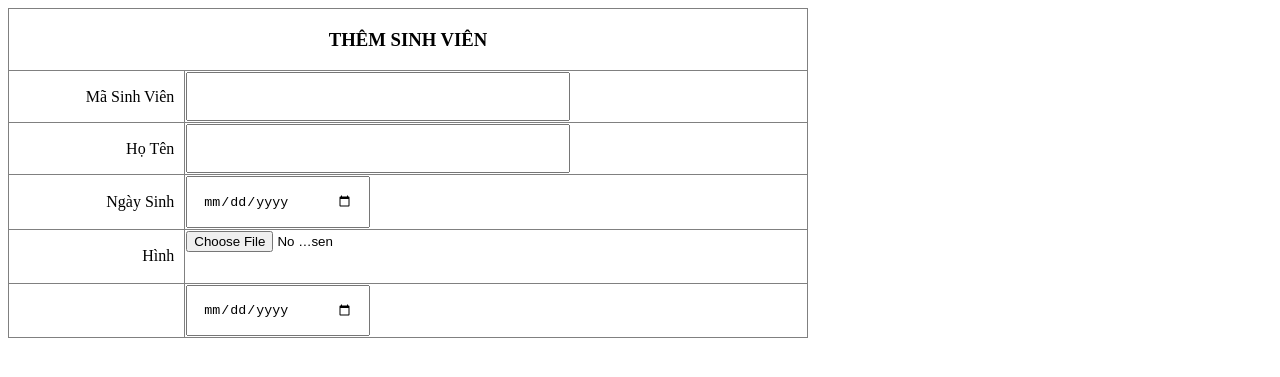
Repository: Tan-Khang21/TH_TKW--Buoi_04
Page: Bai_Tap_Mau/Bai_04/Bai_04.html
These files come from the project's save history. The page is drawn as it stood at one moment and after the next save; the edit follows.
The browser window is 1280 px wide. The pictures show the whole page.

Above is the page before, as saved 2024-03-06 09:54:03.

After the next save:
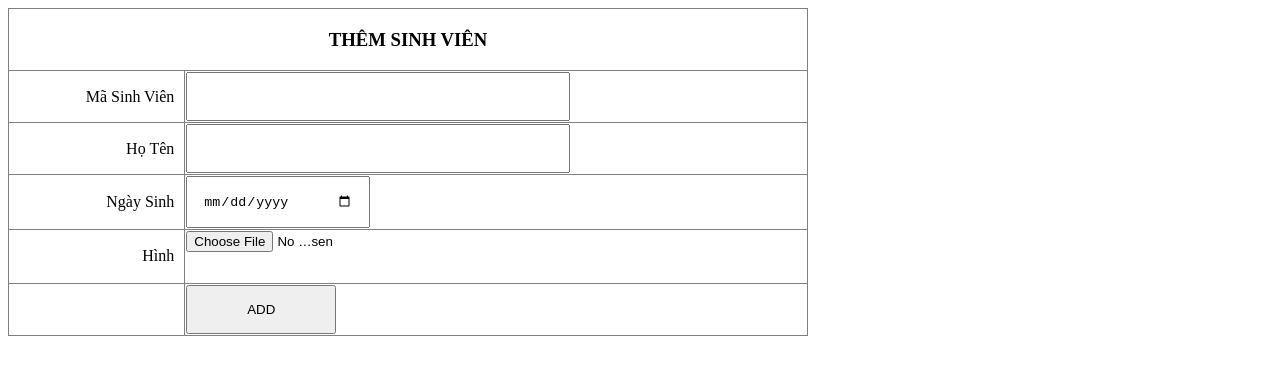
Saved 33 s later.
--- a/Bai_Tap_Mau/Bai_04/Bai_04.html
+++ b/Bai_Tap_Mau/Bai_04/Bai_04.html
@@ -28,7 +28,7 @@
         </tr>
         <tr>
             <td align="right" style="padding: 10px;"></td>
-            <td colspan="2"> <input type="date" style="width:150px; padding: 15px;"></td>
+            <td colspan="2"> <input type="button" value="ADD" style="width:150px; padding: 15px;"></td>
         </tr>
     </table>
 </body>
